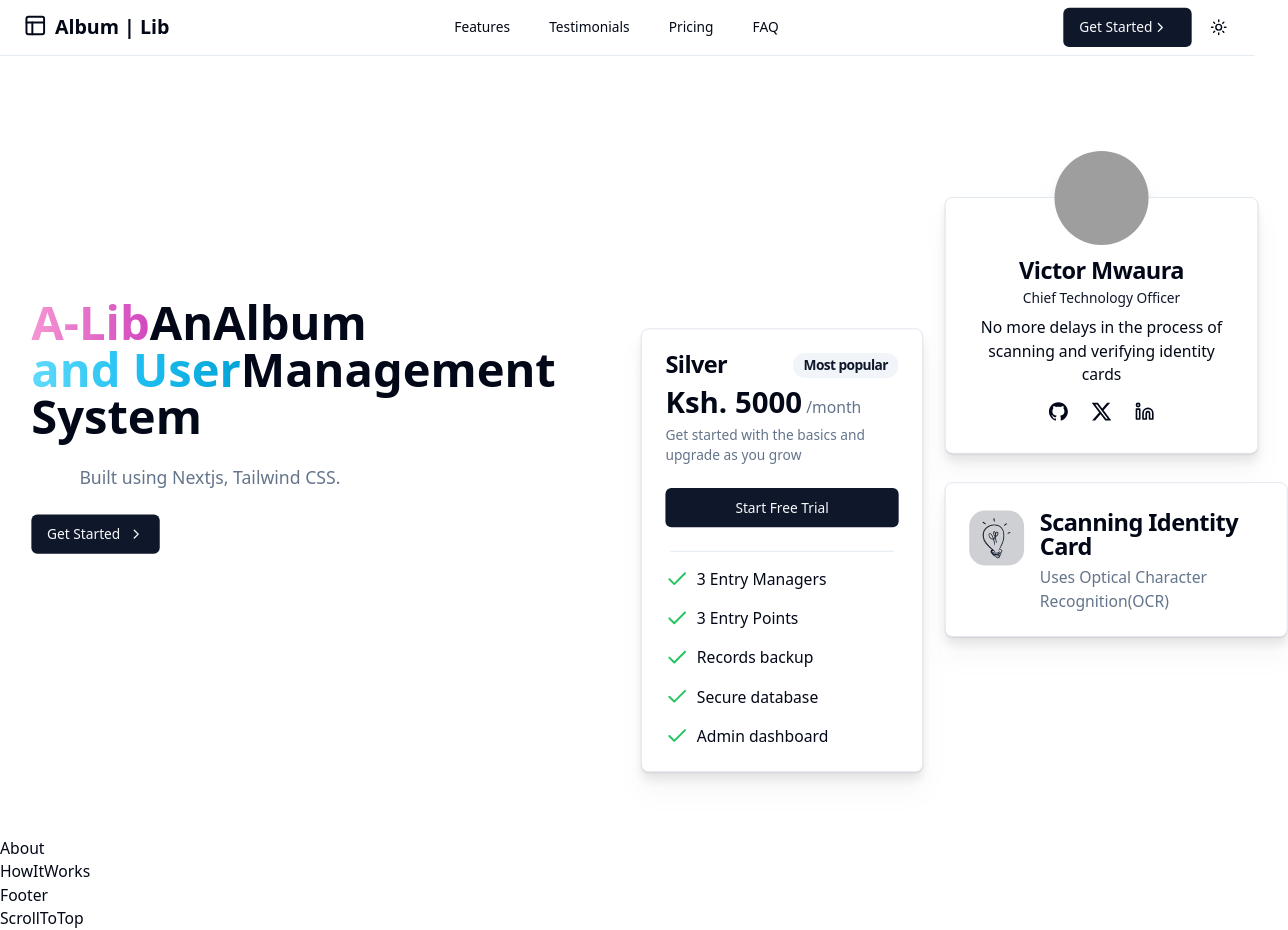
Repository: DevLaukey/savannah-informatics-test
Page: /
The author's editor kept a copy of each file at every save. The page is drawn from the files as they stood at one save, then again after the next save.
The browser window is 1280 px wide. The page is 1314 px wide, so the pictures cover 1314 px, including what lies to the right of the window. The pictures show the whole page, at 98% of full size.
Pictures or frames that could not be fetched are drawn as grey boxes. The project was rebuilt for these pictures with package versions that can differ from the ones it lists, and the page was loaded fresh each time. The framework's server and built-in components were replaced by stand-ins that run in the browser. Also part of the build but not shown: next.config.mjs, components/ui/avatar.jsx.

Above is the page before, as saved 2024-06-04 21:59:06.

### app/layout.jsx
import "./globals.css";
import { Inter as FontSans } from "next/font/google";

import { cn } from "@/lib/utils";
import { ThemeProvider } from "@/lib/theme-provider";

const fontSans = FontSans({
  subsets: ["latin"],
  variable: "--font-sans",
});

export default function RootLayout({ children }) {
  return (
    <html lang="en" suppressHydrationWarning>
      <head />
      <body
        className={cn(
          "min-h-screen bg-background font-sans antialiased",
          fontSans.variable
        )}
      >
        <ThemeProvider
          attribute="class"
          defaultTheme="system"
          enableSystem
          disableTransitionOnChange
        >
          {children}
        </ThemeProvider>
      </body>
    </html>
  );
}

### app/page.jsx
import Footer from "@/components/Footer";
import About from "@/components/landing-page/About";
import Hero from "@/components/landing-page/Hero";
import HowItWorks from "@/components/landing-page/HowItWorks";
import Navbar from "@/components/Navbar";
import ScrollToTop from "@/components/ScrollToTop";


// this is the landing page
export default function Home() {
  return (
    <>
      <Navbar />
      <Hero />
      <About />
      <HowItWorks />
      <Footer />
      <ScrollToTop />
    </>
  );
}

### components/landing-page/Hero.jsx
import { ChevronRight } from "lucide-react";
import { HeroCards } from "./HeroCards";
import { Button, buttonVariants } from "@/components/ui/button";

const Hero = () => {
  return (
    <section className="container grid grid-cols-1 md:grid-cols-2 place-items-center py-20 md:py-32 gap-10">
      <div className="text-center md:text-left space-y-6">
        <main className="text-3xl md:text-5xl font-bold">
          <h1 className="inline-block">
            <span className="inline bg-gradient-to-r from-[#F596D3] to-[#D247BF] text-transparent bg-clip-text">
              A-Lib
            </span>
            An
          </h1>
          Album
          <h2 className="inline-block">
            <span className="inline bg-gradient-to-r from-[#61DAFB] via-[#1fc0f1] to-[#03a3d7] text-transparent bg-clip-text">
              and User
            </span>
            Management System
          </h2>
        </main>

        <p className="text-lg text-muted-foreground md:w-10/12 mx-auto">
          Built using Nextjs, Tailwind CSS.
        </p>

        <Button
          type="button"
          className={
            "flex justify-center items-center" + buttonVariants({ variant: "primary" })
          }
        >
          Get Started
          <ChevronRight className="ml-2 h-4 w-4" />
        </Button>
      </div>

      {/* Hero cards sections */}
      <div className="z-10">
        <HeroCards />
      </div>

      {/* Shadow effect */}
      <div className="shadow"></div>
    </section>
  );
};

export default Hero;

### components/landing-page/HowItWorks.jsx
import React from 'react'

function HowItWorks() {
  return (
    <div>HowItWorks</div>
  )
}

export default HowItWorks

### components/Navbar.jsx
"use client";
import React, { useState } from "react";
import {
  NavigationMenu,
  NavigationMenuItem,
  NavigationMenuList,
} from "@/components/ui/navigation-menu";
import {
  Sheet,
  SheetContent,
  SheetHeader,
  SheetTitle,
  SheetTrigger,
} from "@/components/ui/sheet";
import { Button, buttonVariants } from "./ui/button";
import { ChevronRight, Menu } from "lucide-react";
import ModeToggle from "./mode-toggle";
import { LogoIcon } from "./Icons";

const routeList = [
  {
    href: "#features",
    label: "Features",
  },
  {
    href: "#testimonials",
    label: "Testimonials",
  },
  {
    href: "#pricing",
    label: "Pricing",
  },
  {
    href: "#faq",
    label: "FAQ",
  },
];

const Navbar = () => {
  const [isOpen, setIsOpen] = useState(false);
  return (
    <header className="sticky border-b-[1px] top-0 z-40 w-full bg-white dark:border-b-slate-700 dark:bg-background">
      <NavigationMenu className="mx-auto">
        <NavigationMenuList className="container h-14 px-4 w-screen flex justify-between">
          <NavigationMenuItem className="font-bold flex">
            <a
              rel="noreferrer noopener"
              href="/"
              className="ml-2 font-bold text-xl flex"
            >
              <LogoIcon />
              Album | Lib
            </a>
          </NavigationMenuItem>

          {/* mobile */}
          <span className="flex md:hidden">
            <ModeToggle />

            <Sheet open={isOpen} onOpenChange={setIsOpen}>
              <SheetTrigger className="px-2">
                <Menu
                  className="flex md:hidden h-5 w-5"
                  onClick={() => setIsOpen(true)}
                >
                  <span className="sr-only">Menu Icon</span>
                </Menu>
              </SheetTrigger>

              <SheetContent side={"left"}>
                <SheetHeader>
                  <SheetTitle className="font-bold text-xl">
                    Shadcn/React
                  </SheetTitle>
                </SheetHeader>
                <nav className="flex flex-col justify-center items-center gap-2 mt-4">
                  {routeList.map(({ href, label }) => (
                    <a
                      rel="noreferrer noopener"
                      key={label}
                      href={href}
                      onClick={() => setIsOpen(false)}
                      className={buttonVariants({ variant: "ghost" })}
                    >
                      {label}
                    </a>
                  ))}
                  <Button>
                    Get Started
                    <ChevronRight className="mr-2 h-4 w-4" />
                  </Button>
                </nav>
              </SheetContent>
            </Sheet>
          </span>

          {/* desktop */}
          <nav className="hidden md:flex gap-2">
            {routeList.map((route, i) => (
              <a
                rel="noreferrer noopener"
                href={route.href}
                key={i}
                className={`text-[17px] ${buttonVariants({
                  variant: "ghost",
                })}`}
              >
                {route.label}
              </a>
            ))}
          </nav>

          <div className="hidden md:flex gap-2">
            <Button>
              Get Started
              <ChevronRight className="mr-2 h-4 w-4" />
            </Button>
            <ModeToggle />
          </div>
        </NavigationMenuList>
      </NavigationMenu>
    </header>
  );
};
export default Navbar;

### components/ScrollToTop.jsx
import React from 'react'

function ScrollToTop() {
  return (
    <div>ScrollToTop</div>
  )
}

export default ScrollToTop

### components/landing-page/HeroCards.jsx
import { Avatar, AvatarFallback, AvatarImage } from "@/components/ui/avatar";
import { Badge } from "@/components/ui/badge";
import { Button, buttonVariants } from "@/components/ui/button";
import {
  Card,
  CardContent,
  CardDescription,
  CardHeader,
  CardTitle,
  CardFooter,
} from "@/components/ui/card";
import { Check, Linkedin } from "lucide-react";
import { LightBulbIcon } from "./LightBulbIcon";
import { GitHubLogoIcon } from "@radix-ui/react-icons";

export const HeroCards = () => {
  return (
    <div className="hidden lg:flex flex-row flex-wrap gap-8 relative w-[700px] h-[500px]">
      {/* Testimonial */}
      {/* <Card className="absolute w-[340px] -top-[15px] drop-shadow-xl shadow-black/10 dark:shadow-white/10">
        <CardHeader className="flex flex-row items-center gap-4 pb-2">
          <Avatar>
            <AvatarImage alt="" src="https://github.com/shadcn.png" />
            <AvatarFallback>DK</AvatarFallback>
          </Avatar>

          <div className="flex flex-col">
            <CardTitle className="text-lg">John Doe </CardTitle>
            <CardDescription>@john_doe</CardDescription>
          </div>
        </CardHeader>

        <CardContent>The data is secure and private!</CardContent>
      </Card> */}

      {/* Team */}
      <Card className="absolute right-[20px] top-4 w-80 flex flex-col justify-center items-center drop-shadow-xl shadow-black/10 dark:shadow-white/10">
        <CardHeader className="mt-8 flex justify-center items-center pb-2">
          <img
            src="https://avatars.githubusercontent.com/u/63729244?s=400&u=e2bde62a1ba395f12dba8fe5ff52ba5f15a8755e&v=4"
            alt="user avatar"
            className="absolute grayscale-[0%] -top-12 rounded-full w-24 h-24 aspect-square object-cover"
          />
          <CardTitle className="text-center">Victor Mwaura</CardTitle>
          <CardDescription className="font-normal text-primary">
            Chief Technology Officer
          </CardDescription>
        </CardHeader>

        <CardContent className="text-center pb-2">
          <p>
            No more delays in the process of scanning and verifying identity
            cards
          </p>
        </CardContent>

        <CardFooter>
          <div>
            <a
              href="https://github.com/DevLaukey"
              target="_blank"
              className={buttonVariants({
                variant: "ghost",
                size: "sm",
              })}
            >
              <span className="sr-only">Github icon</span>
              <GitHubLogoIcon className="w-5 h-5" />
            </a>
            <a
              href="https://twitter.com/DLaukey"
              target="_blank"
              className={buttonVariants({
                variant: "ghost",
                size: "sm",
              })}
            >
              <span className="sr-only">X icon</span>
              <svg
                role="img"
                viewBox="0 0 24 24"
                xmlns="http://www.w3.org/2000/svg"
                className="fill-foreground w-5 h-5"
              >
                <title>X</title>
                <path d="M18.901 1.153h3.68l-8.04 9.19L24 22.846h-7.406l-5.8-7.584-6.638 7.584H.474l8.6-9.83L0 1.154h7.594l5.243 6.932ZM17.61 20.644h2.039L6.486 3.24H4.298Z" />
              </svg>
            </a>

            <a
              href="https://www.linkedin.com/in/devlaukey/"
              target="_blank"
              className={buttonVariants({
                variant: "ghost",
                size: "sm",
              })}
            >
              <span className="sr-only">Linkedin icon</span>
              <Linkedin size="20" />
            </a>
          </div>
        </CardFooter>
      </Card>

      {/* Pricing */}
      <Card className="absolute top-[150px] left-[50px] w-72  drop-shadow-xl shadow-black/10 dark:shadow-white/10">
        <CardHeader>
          <CardTitle className="flex item-center justify-between">
            Silver
            <Badge variant="secondary" className="text-sm text-primary">
              Most popular
            </Badge>
          </CardTitle>
          <div>
            <span className="text-3xl font-bold">Ksh. 5000</span>
            <span className="text-muted-foreground"> /month</span>
          </div>

          <CardDescription>
            Get started with the basics and upgrade as you grow
          </CardDescription>
        </CardHeader>

        <CardContent>
          <Button className="w-full">Start Free Trial</Button>
        </CardContent>

        <hr className="w-4/5 m-auto mb-4" />

        <CardFooter className="flex">
          <div className="space-y-4">
            {[
              "3 Entry Managers",
              "3 Entry Points",
              "Records backup",
              "Secure database",
              "Admin dashboard",
            ].map((benefit) => (
              <span key={benefit} className="flex">
                <Check className="text-green-500" />{" "}
                <h3 className="ml-2">{benefit}</h3>
              </span>
            ))}
          </div>
        </CardFooter>
      </Card>

      {/* Service */}
      <Card className="absolute w-[350px] -right-[10px] bottom-[35px] drop-shadow-xl shadow-black/10 dark:shadow-white/10">
        <CardHeader className="space-y-1 flex md:flex-row justify-start items-start gap-4">
          <div className="mt-1 bg-primary/20 p-1 rounded-2xl">
            <LightBulbIcon />
          </div>
          <div>
            <CardTitle>Scanning Identity Card</CardTitle>
            <CardDescription className="text-md mt-2">
              Uses Optical Character Recognition(OCR)
            </CardDescription>
          </div>
        </CardHeader>
      </Card>
    </div>
  );
};

### components/ui/button.jsx
import * as React from "react"
import { Slot } from "@radix-ui/react-slot"
import { cva } from "class-variance-authority";

import { cn } from "@/lib/utils"

const buttonVariants = cva(
  "inline-flex items-center justify-center whitespace-nowrap rounded-md text-sm font-medium ring-offset-background transition-colors focus-visible:outline-none focus-visible:ring-2 focus-visible:ring-ring focus-visible:ring-offset-2 disabled:pointer-events-none disabled:opacity-50",
  {
    variants: {
      variant: {
        default: "bg-primary text-primary-foreground hover:bg-primary/90",
        destructive:
          "bg-destructive text-destructive-foreground hover:bg-destructive/90",
        outline:
          "border border-input bg-background hover:bg-accent hover:text-accent-foreground",
        secondary:
          "bg-secondary text-secondary-foreground hover:bg-secondary/80",
        ghost: "hover:bg-accent hover:text-accent-foreground",
        link: "text-primary underline-offset-4 hover:underline",
      },
      size: {
        default: "h-10 px-4 py-2",
        sm: "h-9 rounded-md px-3",
        lg: "h-11 rounded-md px-8",
        icon: "h-10 w-10",
      },
    },
    defaultVariants: {
      variant: "default",
      size: "default",
    },
  }
)

const Button = React.forwardRef(({ className, variant, size, asChild = false, ...props }, ref) => {
  const Comp = asChild ? Slot : "button"
  return (
    (<Comp
      className={cn(buttonVariants({ variant, size, className }))}
      ref={ref}
      {...props} />)
  );
})
Button.displayName = "Button"

export { Button, buttonVariants }

### components/mode-toggle.jsx
import React from "react";
import { Button } from "@/components/ui/button";
import {
  DropdownMenu,
  DropdownMenuContent,
  DropdownMenuItem,
  DropdownMenuTrigger,
} from "@/components/ui/dropdown-menu";
import { useTheme } from "@/lib/theme-provider";
import { Moon, Sun } from "lucide-react";

export default function ModeToggle() {
  const { setTheme } = useTheme();

  return (
    <DropdownMenu>
      <DropdownMenuTrigger asChild>
        <Button variant="ghost" size="icon" className="ghost">
          <Sun className="h-[1.1rem] w-[1.2rem] rotate-0 scale-100 transition-all dark:-rotate-90 dark:scale-0" />
          <Moon className="absolute h-[1.1rem] w-[1.2rem] rotate-90 scale-0 transition-all dark:rotate-0 dark:scale-100" />
          <span className="sr-only">Toggle theme</span>
        </Button>
      </DropdownMenuTrigger>
      <DropdownMenuContent align="end">
        <DropdownMenuItem onClick={() => setTheme("light")}>
          Light
        </DropdownMenuItem>
        <DropdownMenuItem onClick={() => setTheme("dark")}>
          Dark
        </DropdownMenuItem>
        <DropdownMenuItem onClick={() => setTheme("system")}>
          System
        </DropdownMenuItem>
      </DropdownMenuContent>
    </DropdownMenu>
  );
}

### components/Icons.jsx
export const LogoIcon = () => {
  return (
    <svg
      xmlns="http://www.w3.org/2000/svg"
      viewBox="0 0 24 24"
      fill="none"
      stroke="currentColor"
      strokeWidth="2"
      strokeLinecap="round"
      strokeLinejoin="round"
      className="lucide lucide-panels-top-left mr-2 w-6 h-6"
    >
      <rect width="18" height="18" x="3" y="3" rx="2" />
      <path d="M3 9h18" />
      <path d="M9 21V9" />
    </svg>
  );
};

### components/ui/badge.jsx
import * as React from "react"
import { cva } from "class-variance-authority";

import { cn } from "@/lib/utils"

const badgeVariants = cva(
  "inline-flex items-center rounded-full border px-2.5 py-0.5 text-xs font-semibold transition-colors focus:outline-none focus:ring-2 focus:ring-ring focus:ring-offset-2",
  {
    variants: {
      variant: {
        default:
          "border-transparent bg-primary text-primary-foreground hover:bg-primary/80",
        secondary:
          "border-transparent bg-secondary text-secondary-foreground hover:bg-secondary/80",
        destructive:
          "border-transparent bg-destructive text-destructive-foreground hover:bg-destructive/80",
        outline: "text-foreground",
      },
    },
    defaultVariants: {
      variant: "default",
    },
  }
)

function Badge({
  className,
  variant,
  ...props
}) {
  return (<div className={cn(badgeVariants({ variant }), className)} {...props} />);
}

export { Badge, badgeVariants }

### components/ui/card.jsx
import * as React from "react"

import { cn } from "@/lib/utils"

const Card = React.forwardRef(({ className, ...props }, ref) => (
  <div
    ref={ref}
    className={cn("rounded-lg border bg-card text-card-foreground shadow-sm", className)}
    {...props} />
))
Card.displayName = "Card"

const CardHeader = React.forwardRef(({ className, ...props }, ref) => (
  <div
    ref={ref}
    className={cn("flex flex-col space-y-1.5 p-6", className)}
    {...props} />
))
CardHeader.displayName = "CardHeader"

const CardTitle = React.forwardRef(({ className, ...props }, ref) => (
  <h3
    ref={ref}
    className={cn("text-2xl font-semibold leading-none tracking-tight", className)}
    {...props} />
))
CardTitle.displayName = "CardTitle"

const CardDescription = React.forwardRef(({ className, ...props }, ref) => (
  <p
    ref={ref}
    className={cn("text-sm text-muted-foreground", className)}
    {...props} />
))
CardDescription.displayName = "CardDescription"

const CardContent = React.forwardRef(({ className, ...props }, ref) => (
  <div ref={ref} className={cn("p-6 pt-0", className)} {...props} />
))
CardContent.displayName = "CardContent"

const CardFooter = React.forwardRef(({ className, ...props }, ref) => (
  <div
    ref={ref}
    className={cn("flex items-center p-6 pt-0", className)}
    {...props} />
))
CardFooter.displayName = "CardFooter"

export { Card, CardHeader, CardFooter, CardTitle, CardDescription, CardContent }

Loaded but not shown: app/globals.css (common file); lib/utils.js (common file); components/Footer.jsx (common file); components/landing-page/About.jsx (common file); tailwind.config.js (82 lines, source omitted); lib/theme-provider.js (60 lines, source omitted); components/landing-page/LightBulbIcon.jsx (73 lines, source omitted); components/ui/dropdown-menu.jsx (157 lines, source omitted); components/ui/navigation-menu.jsx (104 lines, source omitted); components/ui/sheet.jsx (109 lines, source omitted)

After the next save:
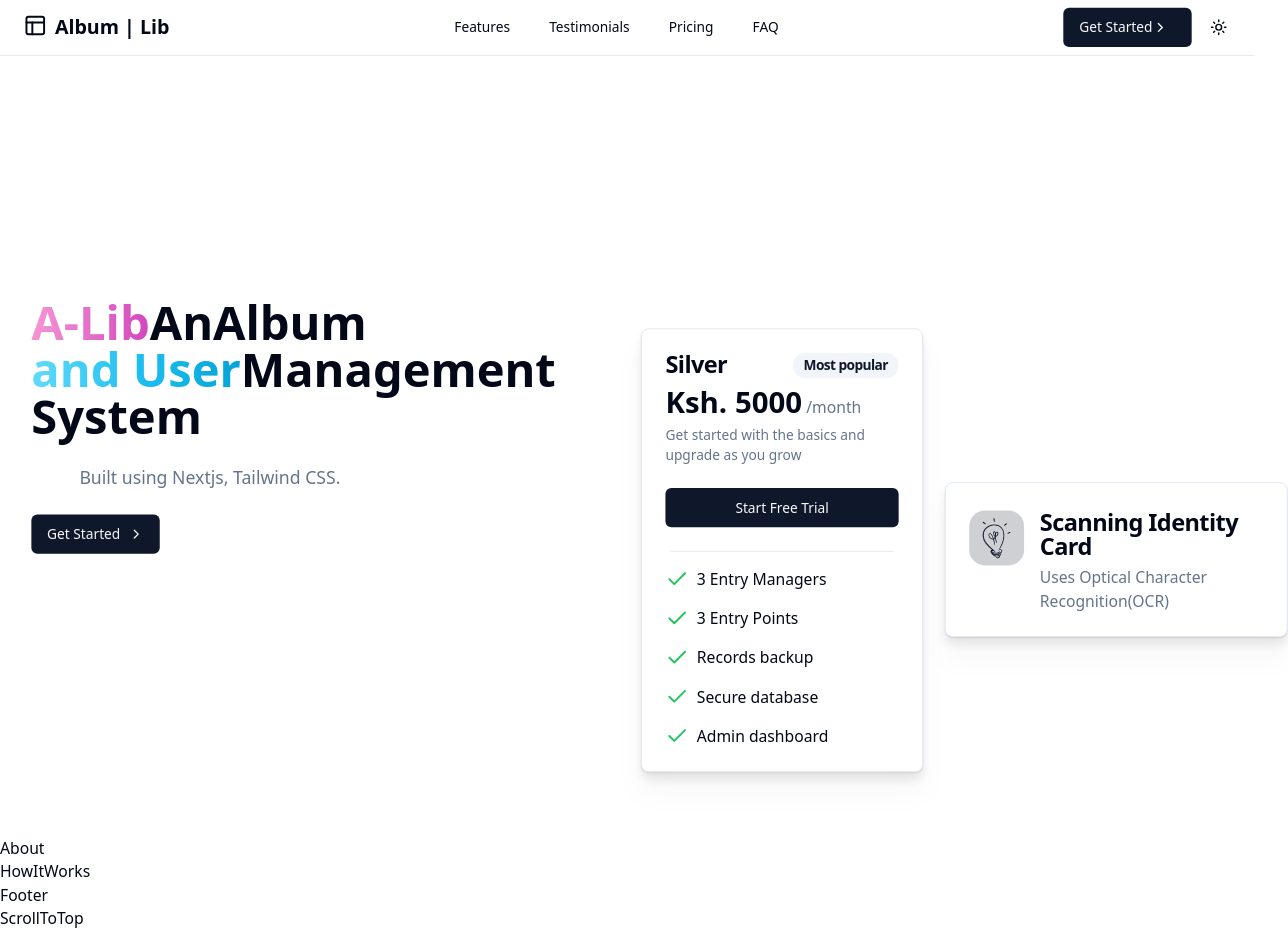
Saved 13 s later.
--- a/components/landing-page/HeroCards.jsx
+++ b/components/landing-page/HeroCards.jsx
@@ -34,7 +34,7 @@ export const HeroCards = () => {
       </Card> */}
 
       {/* Team */}
-      <Card className="absolute right-[20px] top-4 w-80 flex flex-col justify-center items-center drop-shadow-xl shadow-black/10 dark:shadow-white/10">
+      {/* <Card className="absolute right-[20px] top-4 w-80 flex flex-col justify-center items-center drop-shadow-xl shadow-black/10 dark:shadow-white/10">
         <CardHeader className="mt-8 flex justify-center items-center pb-2">
           <img
             src="https://avatars.githubusercontent.com/u/63729244?s=400&u=e2bde62a1ba395f12dba8fe5ff52ba5f15a8755e&v=4"
@@ -100,7 +100,7 @@ export const HeroCards = () => {
             </a>
           </div>
         </CardFooter>
-      </Card>
+      </Card> */}
 
       {/* Pricing */}
       <Card className="absolute top-[150px] left-[50px] w-72  drop-shadow-xl shadow-black/10 dark:shadow-white/10">
